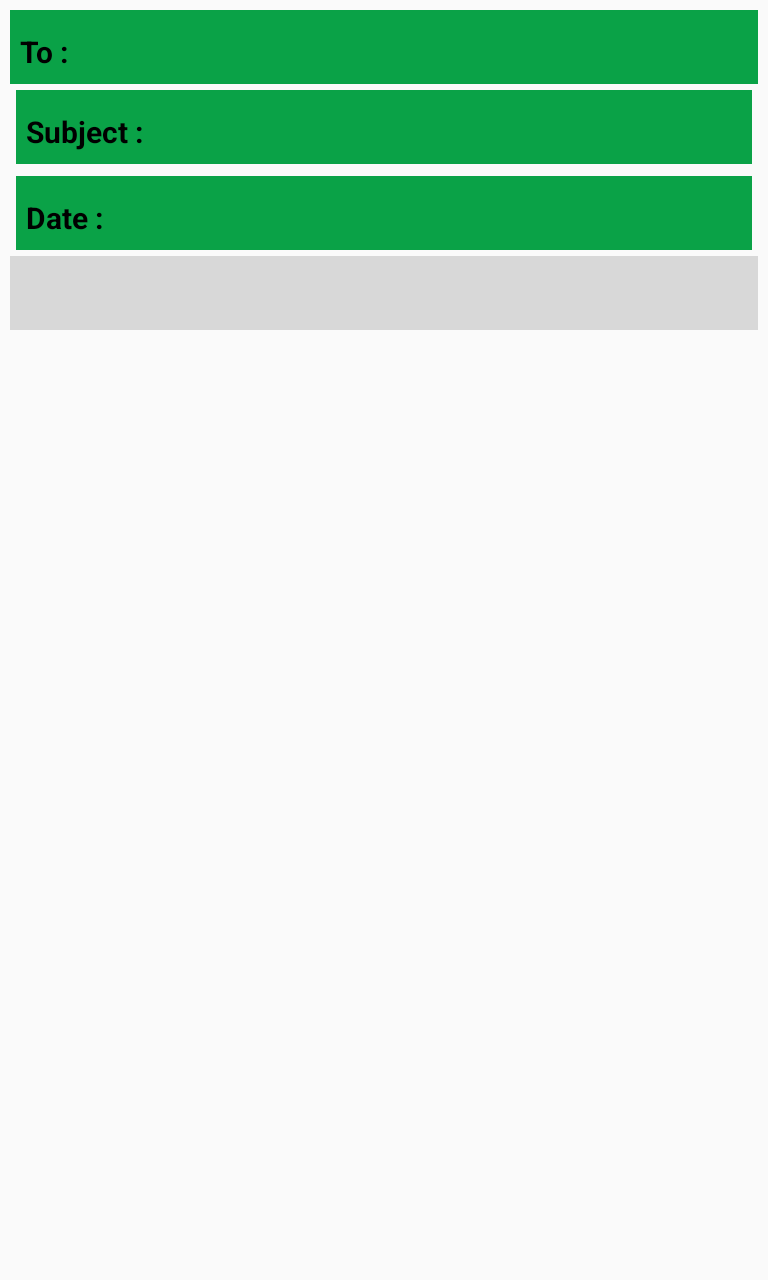
Repository: iguardian2015/iguardian-litchi
Layout: iguardian/res/layout/custom_outbox_view.xml
These files come from the project's save history. The layout is drawn as it stood at one moment and after the next save; the edit follows.
It is drawn on a 768 x 1280 px phone screen (xhdpi) without system bars, with theme AppTheme; the app's code is not run.

Above is the layout before, as saved 2015-01-14 16:55:30.

After the next save:
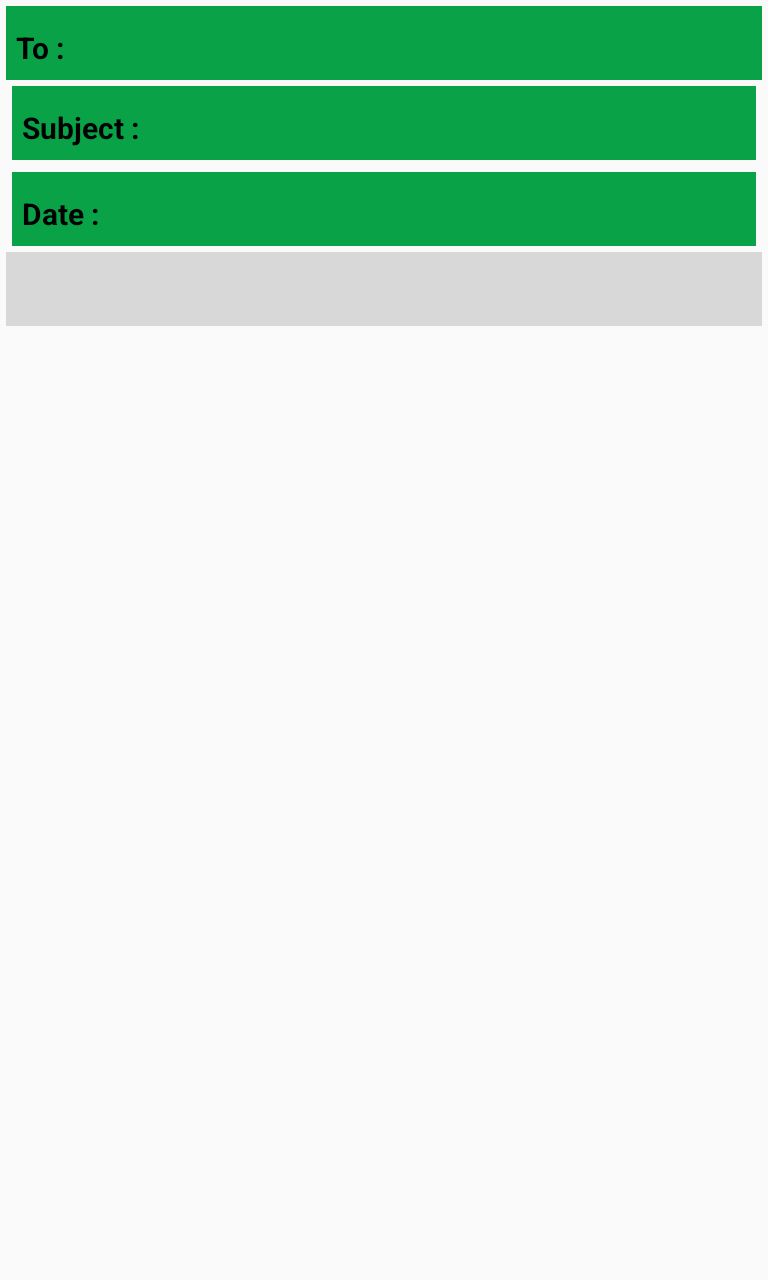
Saved 36 s later.
--- a/iguardian/res/layout/custom_outbox_view.xml
+++ b/iguardian/res/layout/custom_outbox_view.xml
@@ -2,7 +2,7 @@
 <LinearLayout xmlns:android="http://schemas.android.com/apk/res/android"
     android:layout_width="fill_parent"
     android:layout_height="fill_parent"
-    android:padding="5dp"
+    android:padding="3dp"
     android:orientation="vertical" >
 
     <LinearLayout
